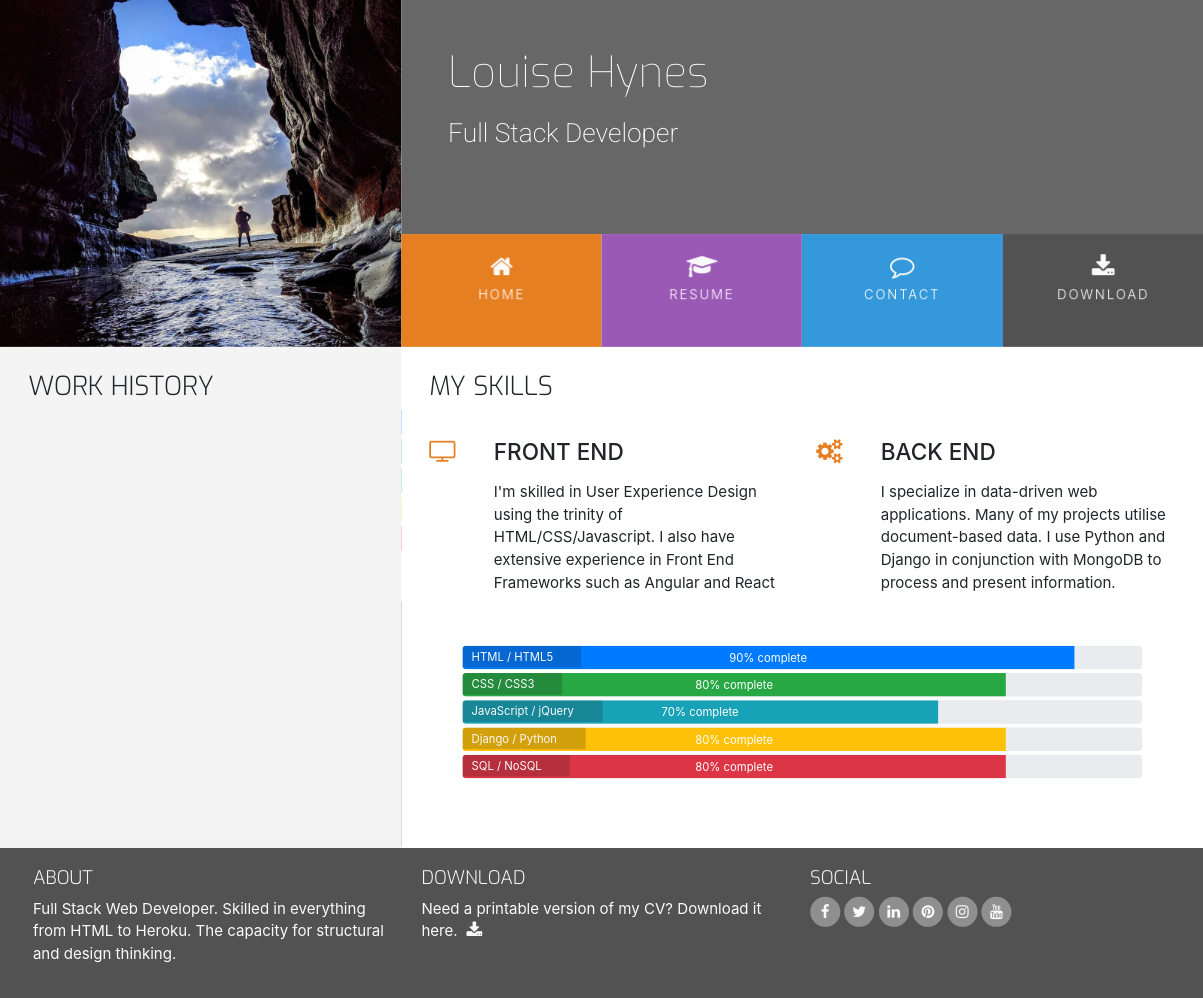
Repository: lhynes/Mini-Project-Resume
Page: resume.html
The author's editor kept a record of every edit. The page is drawn from the files as they stood at one moment, then again after the next edit.
The browser window is 1280 px wide. The pictures show the whole page, at 94% of full size.

Above is the page before.

### resume.html
<!DOCTYPE html>
<html lang="en">

<head>
    <meta charset="UTF-8">
    <meta name="viewport" content="width=device-width, initial-scale=1.0">
    <meta http-equiv="X-UA-Compatible" content="ie=edge">
    <!--access exrtenal links - bootstrap cdn - https://www.bootstrapcdn.com/-->
    <link rel="stylesheet" href="https://stackpath.bootstrapcdn.com/bootstrap/4.3.1/css/bootstrap.min.css" type="text/css" />
    <!--access exrtenal links - fontAwesome cdn - https://www.bootstrapcdn.com/-->
    <link rel="stylesheet" href="https://stackpath.bootstrapcdn.com/font-awesome/4.7.0/css/font-awesome.min.css" type="text/css" />
    <link rel="stylesheet" href="assets/css/style.css" type="text/css" />
    <link rel="stylesheet" href="https://cdnjs.cloudflare.com/ajax/libs/hover.css/2.3.1/css/hover-min.css" type="text/css" />
    <title>Louise</title>
</head>

<body>
    <header>
        <div class="row no-gutters">
            <a class="col-md-4 logo" href="index.html"></a>
            <div class="col-md-8">
                <div class="row no-gutters bg-color-name-title">
                    <div class="col heading">
                        <h1 class="name">Louise Hynes</h1>
                        <h2 class="title">Full Stack Developer</h2>
                    </div>
                </div>
                <div class="row no-gutters">
                    <div class="col">
                        <ul id="nav" class="list-inline menucontainer">
                            <li class="col-6 col-sm-3 ui-menu-color-home list-inline-item menuitem">
                                <a href="#" class="hvr-sweep-to-bottom"><i class="fa fa-home" aria-hidden="true"></i><span>Home</span></a>
                            </li>

                            <li class="col-6 col-sm-3 ui-menu-color-resume list-inline-item menuitem">
                                <a href="#" class="hvr-sweep-to-bottom"><i class="fa fa-graduation-cap" aria-hidden="true"></i><span>Resume</span></a>
                            </li>

                            <li class="col-6 col-sm-3 ui-menu-color-contact list-inline-item menuitem">
                                <a href="#" class="hvr-sweep-to-bottom"><i class="fa fa-comment-o" aria-hidden="true"></i><span>Contact</span></a>
                            </li>
                            <li class="col-6 col-sm-3 ui-menu-color-download list-inline-item menuitem">
                                <a href="#" class="hvr-sweep-to-bottom"><i class="fa fa-download" aria-hidden="true"></i><span>Download</span></a>
                            </li>
                        </ul>
                    </div>
                </div>

            </div>


    </header>
    <section class="container-fluid">
        <div class="row">
            <!--allow us to create a table structure so that our columns will remain the same height, regardless of content-->
            <!--he row-table class specifies the use of a table whereas section-column specifies the use of a table cell, which will give us evenly sized columns in terms of height.-->


            <div class="col-md-4 bg-color-personal-info section-column">
                <div class="row">
                    <div class="col-12">
                        <h3 class="section-heading uppercase">
                            Work History
                        </h3>
                    </div>
                </div>
            </div>
            <div class="col-md-8 bg-color-three-reasons section-column">
                <div class="row">
                    <div class="col">
                        <!-- will take up the space available-->
                        <h3 class="section-heading uppercase">My Skills</h3>
                    </div>
                </div>
                <div class="row">
                    <div class="col-10 offset-1 offset-sm-0 col-sm-4 col-md-6">
                        <!-- mobile view first 10 cols wide offset 1-->
                        <div class="row">
                            <div class="col-2">
                                <i class="three-reasons-icon fa fa-tv" aria-hidden="true"></i>
                            </div>
                            <div class="col-10">
                                <h4 class="three-reasons-heading uppercase">Front End</h4>
                                <p>
                                    I'm skilled in User Experience Design using the trinity of HTML/CSS/Javascript. I also have extensive experience in Front End Frameworks such as Angular and React
                                </p>
                            </div>
                        </div>
                    </div>
                    <div class="col-10 offset-1 offset-sm-0 col-sm-4 col-md-6">
                        <div class="row">
                            <div class="col-2">
                                <i class="three-reasons-icon fa fa-gears" aria-hidden="true"></i>
                            </div>
                            <div class="col-10">
                                <h4 class="three-reasons-heading uppercase">Back End</h4>
                                <p>
                                    I specialize in data-driven web applications. Many of my projects utilise document-based data. I use Python and Django in conjunction with MongoDB to process and present information. </p>
                            </div>
                        </div>
                    </div>
                </div>
                <div class="row progress-section">
                    <div class="col">
                        <div class="progress">
                            <!-- wrapper for progress bar-->
                            <div class="progress-bar" role="progressbar" aria-valuenow="90" aria-valuemin="0" aria-valuemax="100" style="width:90%;">
                                <span class="re-only">90% complete</span>
                            </div>
                            <span class="progress-type">HTML / HTML5</span>

                        </div>
                        <div class="progress">
                            <!-- wrapper for progress bar-->
                            <div class="progress-bar bg-success" role="progressbar" aria-valuenow="80" aria-valuemin="0" aria-valuemax="100" style="width:80%;">
                                <span class="re-only">80% complete</span>
                            </div>
                            <span class="progress-type">CSS / CSS3</span>

                        </div>
                        <div class="progress">
                            <!-- wrapper for progress bar-->
                            <div class="progress-bar bg-info" role="progressbar" aria-valuenow="70" aria-valuemin="0" aria-valuemax="100" style="width:70%;">
                                <span class="re-only">70% complete</span>
                            </div>
                            <span class="progress-type">JavaScript / jQuery</span>
                        </div>
                        <div class="progress">
                            <!-- wrapper for progress bar-->
                            <div class="progress-bar bg-warning" role="progressbar" aria-valuenow="80" aria-valuemin="0" aria-valuemax="100" style="width:80%;">
                                <span class="re-only">80% complete</span>
                            </div>
                            <span class="progress-type">Django / Python</span>
                        </div>
                        <div class="progress">
                            <!-- wrapper for progress bar-->
                            <div class="progress-bar bg-danger" role="progressbar" aria-valuenow="80" aria-valuemin="0" aria-valuemax="100" style="width:80%;">
                                <span class="re-only">80% complete</span>
                            </div>
                            <span class="progress-type">SQL / NoSQL</span>

                        </div>
                    </div>
                </div>
            </div>
        </div>

    </section>
    <footer class="container-fluid">
        <!--full width flexible container-->
        <div id="footer-details" class="row">
            <div class="col-sm-4">
                <h5 class="uppercase general-sub">About</h5>
                <p class="inline-block">
                    Full Stack Web Developer. Skilled in everything from HTML to Heroku. The capacity for structural and design thinking.


                </p>
            </div>
            <div class="col-sm-4">
                <h5 class="uppercase general-sub">Download</h5>
                <p class="inline-block">
                    Need a printable version of my CV? Download it here.
                    <a href="#" target="_blank" class="cv-pdf">
                        <!-- _blank used to open in a new tab-->
                        <i class="fa fa-download" aria-hidden="true"></i>
                        <span class="sr-only">Download link.</span>
                    </a>
                </p>
            </div>
            <div class="col-sm-4">
                <h5 class="uppercase general-sub">Social</h5>
                <ul class="list-inline social-links">
                    <li class="list-inline-item">
                        <!-- every list-inline in boostrap needs a list-inline item-->
                        <a target="_blank" href="#">
                            <i class="fa fa-facebook" aria-hidden="true"></i>
                            <span class="sr-only">Facebook</span>
                        </a>
                    </li>
                    <li class="list-inline-item">
                        <a target="_blank" href="#">
                            <i class="fa fa-twitter" aria-hidden="true"></i>
                            <span class="sr-only">Twitter</span>
                        </a>
                    </li>
                    <li class="list-inline-item">
                        <a target="_blank" href="#">
                            <i class="fa fa-linkedin" aria-hidden="true"></i>
                            <span class="sr-only">LinkedIn</span>
                        </a>
                    </li>
                    <li class="list-inline-item">
                        <a target="_blank" href="#">
                            <i class="fa fa-pinterest" aria-hidden="true"></i>
                            <span class="sr-only">Pinterest</span>
                        </a>
                    </li>
                    <li class="list-inline-item">
                        <a target="_blank" href="#">
                            <i class="fa fa-instagram" aria-hidden="true"></i>
                            <span class="sr-only">Instagram</span>
                        </a>
                    </li>
                    <li class="list-inline-item">
                        <a target="_blank" href="#">
                            <i class="fa fa-youtube" aria-hidden="true"></i>
                            <span class="sr-only">YouTube</span>
                        </a>
                    </li>
                </ul>
            </div>

        </div>

    </footer>
</body>

</html>

### assets/css/style.css
@import url('https://fonts.googleapis.com/css?family=Roboto:100,200,300,400,500,600,700|Exo:100,200,300,400,500,600,700');

/*-----------------------------------Colours */

.bg-color-name-title {
    background-color: #676767;
    color: #ffffff;
}

.bg-color-three-reasons {
    background-color: #fff;

}

.bg-color-personal-info {
    background-color: #f4f4f4;
}

.bg-color-work-history {
    background-color: #9b59b6
}

.ui-menu-color-home {
    background-color: #e67e22
}

.ui-menu-color-resume {
    background-color: #9b59b6
}

.ui-menu-color-contact {
    background-color: #3498db
}

.ui-menu-color-download {
    background-color: #525252
}



/*-----------------------------------Special paddings/margins/text - General CSS area used more than once through out the site */

.uppercase {
    text-transform: uppercase;
}

.general-sub {
    font-family: "Exo", sans-serif;
    font-weight: 300;
    color: #fafafa;

}

h1,
h2,
h3,
h4 {
    margin: 0;
}

.inline-block {
    display: inline-block;

}

.row-table {
    display: table;

}

.section-column {
    display: table-cell;
    padding: 0 30px 30px;
    float: none;
}

.history-heading,
.section-heading {
    font-family: "Exo", sans-serif;
    font-weight: 300;
    margin-top: 25px;
    margin-bottom: 40px;
}


/*-----------------------------------Heading */

header {
    margin: 0;
}

.heading {
    margin-left: 50px;
}

.logo {
    background: url("../images/louise.jpg");
    background-position: center;
    background-repeat: no-repeat;
    background-size: cover;
    min-height: 360px;
    transition: all .5s ease-in-out;
    -moz-transition: all .5s ease-in-out;
    -webkit-transition: all .5s ease-in-out;
}

.name {
    font-family: "Exo", sans-seriif;
    font-weight: 100;
    font-size: 46px;
    margin-top: 50px;
    color: #ffffff;
}

.title {
    font-family: "Roboto", sans-seriif;
    font-weight: 200;
    font-size: 28px;
    margin-top: 20px;
    margin-bottom: 90px;
    color: #ffffff;
}

.list-inline-item:not(:last-child) {
    margin: 0;
}

.menucontainer {
    font-size: 0;
}


#nav {
    margin: 0;
}

#nav li {
    font-size: 14px;
    padding: 0;
}

.menuitem {
    height: 120px;
    /*profile image is 360 in total*/
    text-align: center;
    padding: 0;
}

.menuitem a {
    width: 100%;
    color: #ffffff;
    text-decoration: none;
    height: 120px;
}

.menuitem a i {
    padding-top: 22px;
    display: block;
    color: #fafafa;
    font-size: 26px;
}

.menuitem span {
    display: block;
    width: 100%;
    padding-top: 5px;
    text-align: center;
    text-transform: uppercase;
    font-size: 14px;
    font-weight: 300;
    letter-spacing: 2px;
}




/*-----------------------------------Hover.css */

/*background color is set in the before*/

.hvr-sweep-to-bottom:before {
    background: rgba(0, 0, 0, 0.2) !important;
    height: 120px;
}


/*-----------------------------------Footer styles */

footer {
    background-color: #525252;
    color: #fafafa;
    min-height: 120px;
    margin: 0;
}


.cv-pdf i {
    font-size: 18px;
    color: #fafafa;
    text-align: center;
    padding-left: 5px;
    transition: all 0.35s ease-in-out;
    /* put in parent element*/
    -moz-transition: all 0.35s ease-in-out;
    -webkit-transition: all 0.35s ease-in-out;
    -o-transition: all 0.35s ease-in-out;
}

.cv-pdf i:hover {
    color: #e84610;
}


.social-links {
    padding-bottom: 15px;
}

.social-links li a i {
    width: 32px;
    height: 32px;
    padding: 12px 0;
    border-radius: 50%;
    line-height: 7px;
    text-align: center;
    color: #fafafa;
    background: #8f8f8f;
    -moz-transition: all 0.35s ease-in-out;
    -webkit-transition: all 0.35s ease-in-out;
    -o-transition: all 0.35s ease-in-out;
}

.social-links li a i:hover {
    background-color: #e84610;
}

#footer-details {
    padding: 20px;
}


/*-----------------------------------Three Resons Css */

.three-reasons-icon {
    font-size: 26px;
    color: #e67e22;
}

.three-reasons-heading {
    margin-bottom: 15px;
}


/*-----------------------------------Presonal Info*/

.personal-info-item {
    margin-bottom: 20px;
    display: block;
    clear: both;
}

/*style keys, values, paragraphs*/

.personal-info-item .key,
.personal-info-item .value {
    padding-right: 8px;
    display: inline-block;

}

.personal-info-item .key p,
.personal-info-item .value p {
    margin: 0;
}

.personal-info-item .key {
    width: 30%;
    margin-right: 21px;
    padding-top: 2px;
    vertical-align: top;
}


.personal-info-item .key p {
    font-weight: 700;
}

.personal-info-item .value {
    position: relative;
    /*relative to predacessor*/
    width: 60%;
}

/*-----------------------------------Skills*/

.progress {
    position: relative;
    height: 25px;
    margin-bottom: 4px;
}

.progress-type {
    /* represents the the texrt label on the bar */
    position: absolute;
    left: 0px;
    font-weight: 400;
    padding: 3px 30px 2px 10px;
    color: #fafafa;
    background-color: rgba(25, 25, 25, 0.2)
}

.progress-section {
    margin: 40px 20px;

}


/*-----------------------------------Work History*/

.history-heading {
    color: #fafafa;
    margin-bottom: 50px;
}

.timeline-item {
    padding: 4em 2em 0em 2em;
    position: relative;
    color: #fafafa;
    border-left: 1px solid;
}

.timeline-item p {
    margin: 0;
    padding: 0;
}

.timeline-item:before {
    content: attr(data-dates);
    /*can only use contene tieh the beforer or after pseudo elements*/
    position: absolute;
    left: 2.5em;
    top: 3em;
    display: block;
    font-family: "Exo", sans-seriif;
    font-weight: 500;
    font-size: 0.8em;
    padding: 0;
    margin: 0;

}

.timeline-item:after {
    width: 12px;
    height:12px;
    display:block;
    top: 2.4em;
    border-radius: 12px;

    position:absolute;
}

After the next edit:
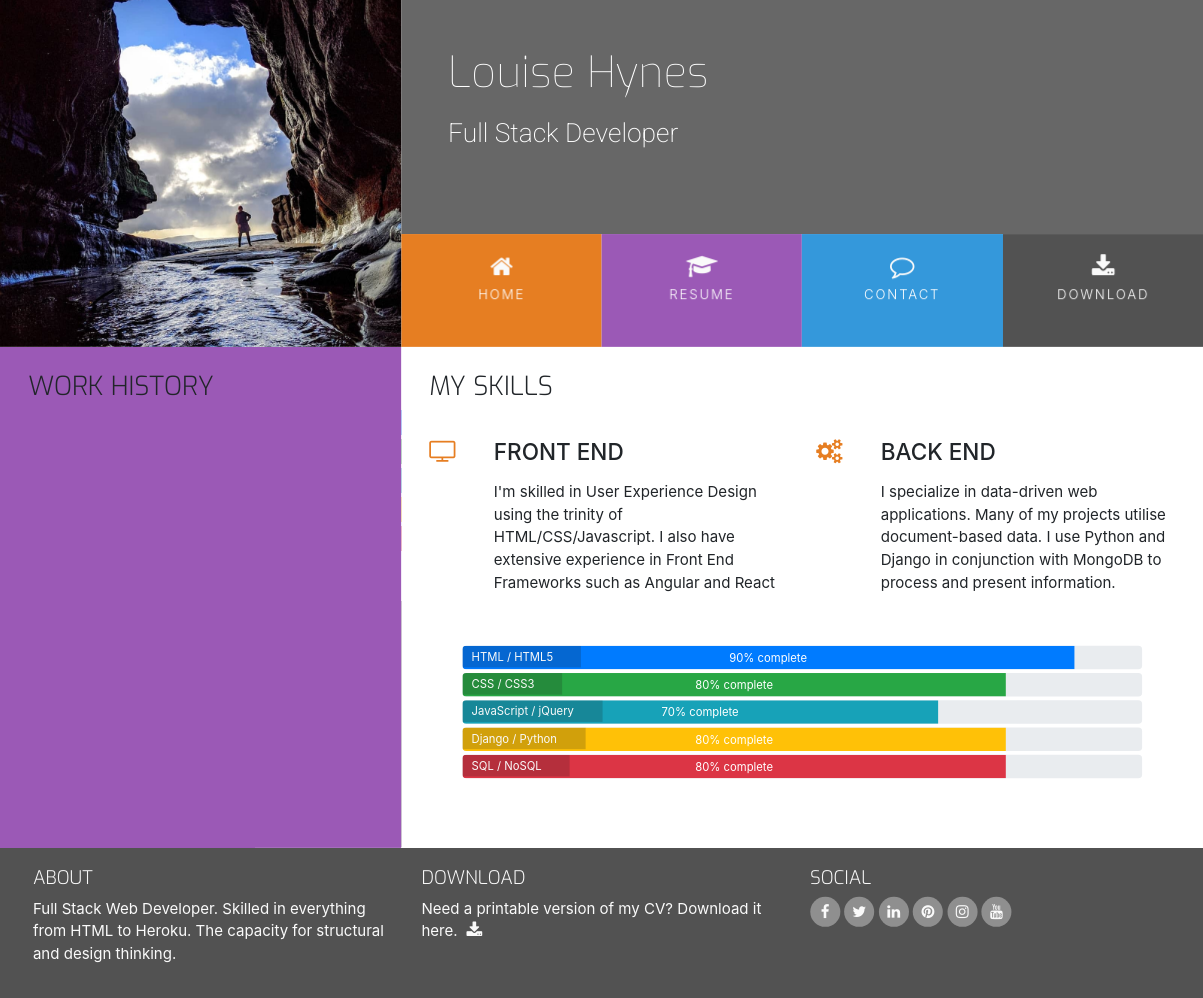
The edit:
--- a/resume.html
+++ b/resume.html
@@ -56,7 +56,7 @@
             <!--he row-table class specifies the use of a table whereas section-column specifies the use of a table cell, which will give us evenly sized columns in terms of height.-->
 
 
-            <div class="col-md-4 bg-color-personal-info section-column">
+            <div class="col-md-4 bg-color-work-history section-column">
                 <div class="row">
                     <div class="col-12">
                         <h3 class="section-heading uppercase">
